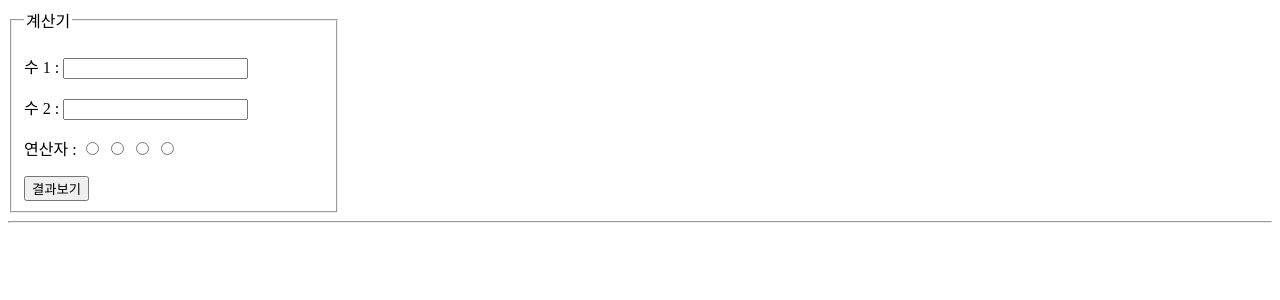
Repository: wjsjsn/23_jspstudy
Page: 01_servlet/src/main/webapp/view/ex07.html
An editor plug-in stored every save of this project. The page is shown before and after the next save, followed by the edit.
The browser window is 1280 px wide. The pictures show the whole page.

Above is the page before, as saved 2023-06-30 04:17:48.

After the next save:
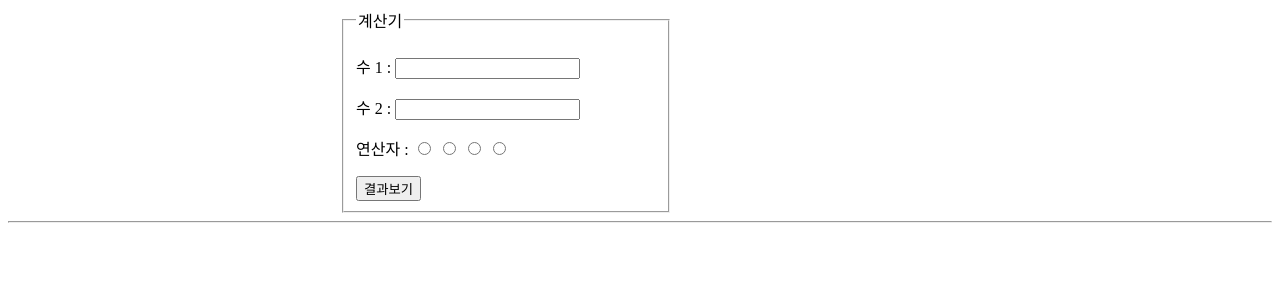
Saved 34 s later.
--- a/01_servlet/src/main/webapp/view/ex07.html
+++ b/01_servlet/src/main/webapp/view/ex07.html
@@ -6,6 +6,11 @@
 <style type="text/css">
 	fieldset {
 		width: 300px;
+	}
+
+	#mydiv {
+		width: 600px;
+		margin: auto;
 	}
 </style>
 </head>
